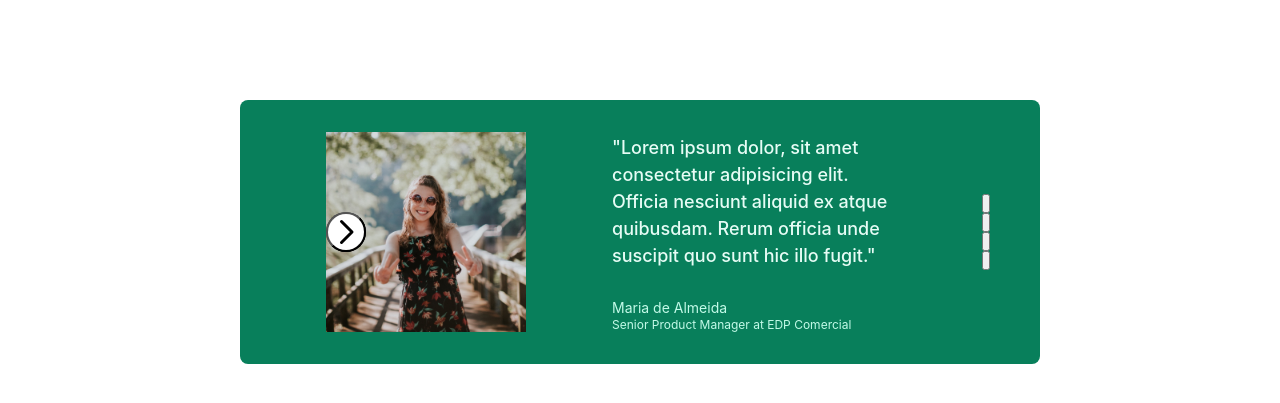
Repository: nghiakma/HTML-CSS-Fundamental
Page: Component_LayoutPatterns/carousel.html
The author's editor kept a copy of each file at every save. The page is drawn from the files as they stood at one save, then again after a run of saves.
The browser window is 1280 px wide. The pictures show the whole page.

Above is the page before, as saved 2023-08-26 11:47:25.

After the next 2 saves:
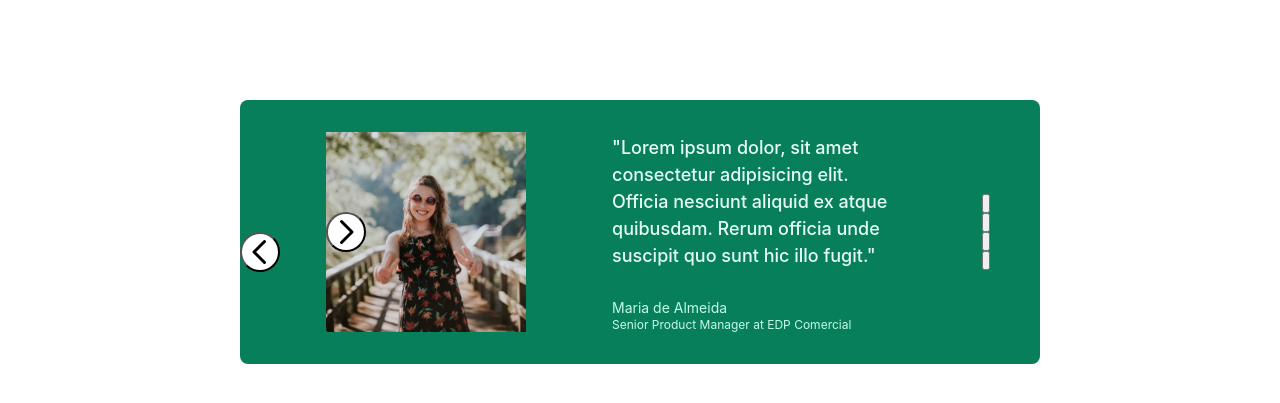
The 2 saves are shown as one change because they came seconds apart.
The last was saved 8 s later.
--- a/Component_LayoutPatterns/carousel.html
+++ b/Component_LayoutPatterns/carousel.html
@@ -72,9 +72,9 @@
       justify-content: center;
     }
 
-    .btn-left {
+    .btn--left {
       left: 0;
-
+      top: 50%;
     }
 
     /* CONTROLS */
